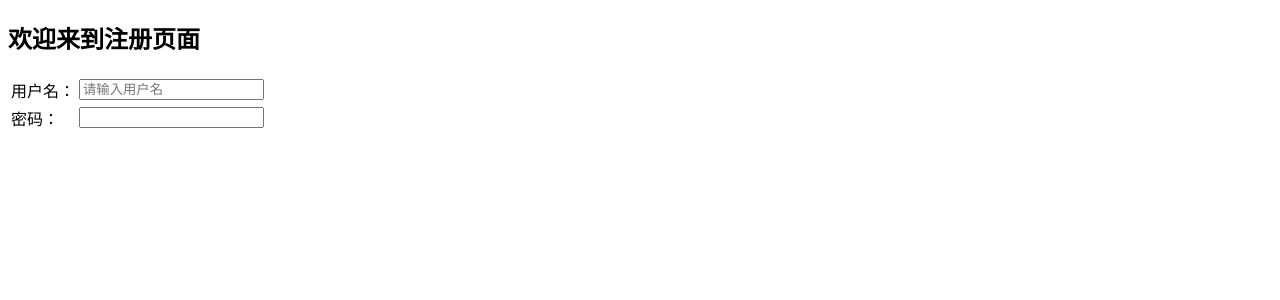
Repository: WKYQAQ/LX
Page: day02_form.html
These files come from the project's save history. The page is drawn as it stood at one moment and after the next save; the edit follows.
The browser window is 1280 px wide. The pictures show the whole page.

Above is the page before, as saved 2020-07-22 11:38:55.

### day02_form.html
<!DOCTYPE html>
<html lang="en">
<head>
    <meta charset="UTF-8">
    <meta name="viewport" content="width=device-width, initial-scale=1.0">
    <title>注册页面</title>
</head>
<body>
    <h2>欢迎来到注册页面</h2>
    <form action="register.php" method="POST">
        <table>
            <tr>
                <td>用户名：</td>
                <td><input type="text" name="username" placeholder="请输入用户名"/></td>
            </tr>
            <tr>
                <td>密码：</td>
                <td><input type="password"/></td>
                </td>
            </tr>
        </table>
    </form>
</body>
</html>

After the next save:
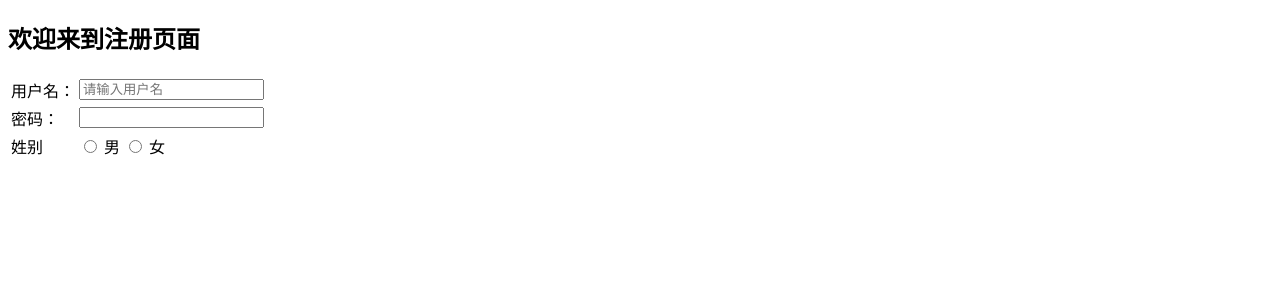
Saved 3 min 25 s later.
--- a/day02_form.html
+++ b/day02_form.html
@@ -15,7 +15,14 @@
             </tr>
             <tr>
                 <td>密码：</td>
-                <td><input type="password"/></td>
+                <td><input type="password" name="password"/></td>
+                </td>
+            </tr>
+            <tr>
+                <td>姓别</td>
+                <td>
+                    <input type="radio" name="sex" value="man"/> 男
+                    <input type="radio" name="sex" value="male"/> 女
                 </td>
             </tr>
         </table>
